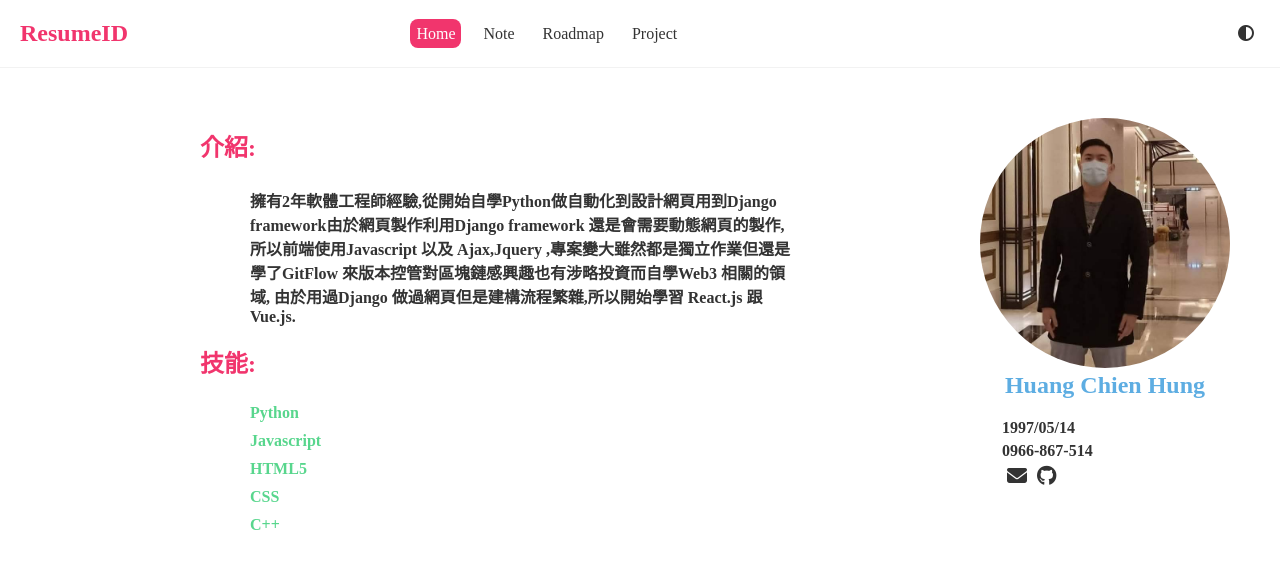
Repository: leo-play-code/ResumeID
Page: /
An editor plug-in stored every save of this project. The page is shown before and after the next save, followed by the edit.
The browser window is 1280 px wide. The pictures show the whole page.
Some web libraries are served in a nearby version. The project was rebuilt for these pictures with package versions that can differ from the ones it lists, and the page was loaded fresh each time. Also part of the build but not shown: src/Note/Note.js, src/Roadmap/Roadmap.js, src/Project/Project.js.

Above is the page before, as saved 2022-10-18 15:32:07.

### public/index.html
<!DOCTYPE html>
<html lang="en">
  <head>
    <meta charset="utf-8" />
    <link rel="icon" href="%PUBLIC_URL%/favicon.ico" />
    <meta name="viewport" content="width=device-width, initial-scale=1" />
    <meta name="theme-color" content="#000000" />
    <meta
      name="description"
      content="Web site created using create-react-app"
    />
    <link rel="apple-touch-icon" href="%PUBLIC_URL%/logo192.png" />
    <link rel="manifest" href="%PUBLIC_URL%/manifest.json" />

    <!-- fontawesome -->
    <script src="https://kit.fontawesome.com/14e9a4f90b.js" crossorigin="anonymous"></script>
    <title>React App</title>
  </head>
  <body>
    <noscript>You need to enable JavaScript to run this app.</noscript>
    <div id="root"></div>
  </body>
</html>

### src/index.css
/* base styles */
* {
  margin: 0;
  font-family: "Quicksand";
  color: #333;
}
.navbar {
  padding: 20px;
  display: flex;
  align-items: center;
  max-width: 100%;
  margin: 0 auto;
  border-bottom: 1px solid #f2f2f2;
}
.navbar h1 {
  color: #f1356d;
}
.navbar-center{
  margin-inline: auto;
}
.navbar-center .page-selected{
  color:white;
  background: #f1356d;
  border-radius: 8px;
  pointer-events: none;
}
.navbar .navbar-right {
  margin-left: auto;
}
.navbar a {
  margin-left: 16px;
  text-decoration: none;
  padding: 6px;
}
.navbar a:hover {
  color: #f1356d;
}
.content {
  max-width: 600px;
  margin: 40px auto;
  padding: 20px;
}

/* Home */
.Home .profile{
  height: 500px;
}
.Home .picture img{
  border-radius: 50%;
  max-width: 250px;
}
.Home .profile .MainName{
  color:#5DADE2;
}

.Home .introduction{
  margin-top: 60px;
  margin-left: 200px;
  float:left;
  width: 600px;
}
.Home .information{
  margin: 50px;
  float:right;
}


.Home .introduction h2{
  color:#f1356d
}
.Home .introduction .context{
  margin-top: 25px;
  margin-left: 50px;
}


.Home .picture{
  text-align: center;
}

.Home .contact{
  margin-top: 20px;
  margin-left:17px
}

.Home .contact div{
  margin :5px;
}

.Home .contact span{
  margin :5px;
}


.Home .contact a{
  margin :5px;
  font-size: 20px;
  transition: 0.3s;
}

.Home .contact a:hover{
  font-size: 35px;
  transition: 0.3s;
}

.Home .skill{
  margin-top: 25px;
  margin-left: 50px;
}
.Home .skill div{
  margin-top: 10px;
}

.Home .skill .skill-language{
  color:#58D68D;
}

### src/App.js
import Navbar from './Navbar/Navbar';
import { BrowserRouter as Router,Route,Switch} from 'react-router-dom'
import Home from './Home/Home';
import Note from './Note/Note';
import Roadmap from './Roadmap/Roadmap';
import Project from './Project/Project';

function App(){
    return (
        <Router>
            <div className="App">
            <Navbar />
                <Switch>
                    <Route exact path='/'>
                        <Home />
                    </Route>
                    <Route exact path='/Note'>
                        <Note />
                    </Route>
                    <Route exact path='/Roadmap'>
                        <Roadmap />
                    </Route>
                    <Route exact path='/Project'>
                        <Project />
                    </Route>

                </Switch>
            </div>
        </Router>

    )
}

export default App;

### src/Navbar/Navbar.js
import { useEffect, useState } from 'react';
import {Link} from 'react-router-dom';

function Navbar(){
    const [navbar_state,setPageState] = useState('');
    function ChangeColor(){
        console.log('changecolor')
    }
    function PageSelected(navbar_state){
        setPageState(navbar_state)
    }
    useEffect(()=>{
        const init_url_arr = window.location.href.split('/')
        const init_url_page = init_url_arr[init_url_arr.length-1]
        setPageState(init_url_page)
    })
    return (
        <nav className="navbar">
            <h1>ResumeID</h1>
            <span className='navbar-center'>
                {(navbar_state == '')&& <Link to="/" className='page-selected'>Home</Link>}
                {!(navbar_state == '')&&<Link to="/" onClick={()=>PageSelected('Home')}>Home</Link>}
                {(navbar_state == 'Note')&& <Link to="/Note" className='page-selected'>Note</Link>}
                {!(navbar_state == 'Note')&&<Link to="/Note" onClick={()=>PageSelected('Note')}>Note</Link>}
                {(navbar_state == 'Roadmap')&& <Link to="/Roadmap" className='page-selected'>Roadmap</Link>}
                {!(navbar_state == 'Roadmap')&&<Link to="/Roadmap" onClick={()=>PageSelected('Roadmap')}>Roadmap</Link>}
                {(navbar_state == 'Project')&& <Link to="/Project" className='page-selected'>Project</Link>}
                {!(navbar_state == 'Project')&&<Link to="/Project" onClick={()=>PageSelected('Project')}>Project</Link>}
            </span>
            <div className="navbar-right">
                <a onClick={ChangeColor}><i className="fa-solid fa-circle-half-stroke"></i></a>
            </div>
        </nav>
    )
}

export default Navbar ;

### src/Home/Home.js



function Home(){
    const pic = require('./static/image/selfy.jpg');
    return(
        <div className="Home">
            <div className='profile'>
                <div className="introduction">
                    <h2 className='context-title'>介紹:</h2>
                    <div className='context'>
                        <b>擁有2年軟體⼯程師經驗,從開始⾃學Python做⾃動化到設計網⾴⽤到Django framework</b>
                        <b>由於網⾴製作利⽤Django framework 還是會需要動態網⾴的製作,所以前端使⽤Javascript 以及 Ajax,Jquery ,專案變⼤雖然都是獨立作業但還是學了GitFlow 來版本控管</b>
                        <b>對區塊鏈感興趣也有涉略投資⽽⾃學Web3 相關的領域, 由於⽤過Django 做過網⾴但是建構流程繁雜,所以開始學習 React.js 跟 Vue.js.</b>
                    </div>
                    <br />
                    <h2 className='context-title'>技能:</h2>
                    <div className='skill'>
                        <div><b className='skill-language'>Python</b></div>
                        <div><b className='skill-language'>Javascript</b></div>
                        <div><b className='skill-language'>HTML5</b></div>
                        <div><b className='skill-language'>CSS</b></div>
                        <div><b className='skill-language'>C++</b></div>
                    </div>
                </div>
                <div className='information'>
                    <div className="picture">
                        <img src={pic} alt="" />
                        <h2 className='MainName'>Huang Chien Hung</h2>
                    </div>
                    <div className="contact">
                        <div><b>1997/05/14</b></div>
                        <div><b>0966-867-514</b></div>
                        <span>
                            <a href="mailto:leo56029132@gmail.com"><i className="fa-solid fa-envelope"></i></a>
                            <a href="https://github.com/leo-play-code"><i className="fa fa-github"></i></a>
                        </span>
                    </div>
                </div>
            </div>
        </div>
    )
}
export default Home ;

Loaded but not shown: src/index.js (common file); src/reportWebVitals.js (common file)

After the next save:
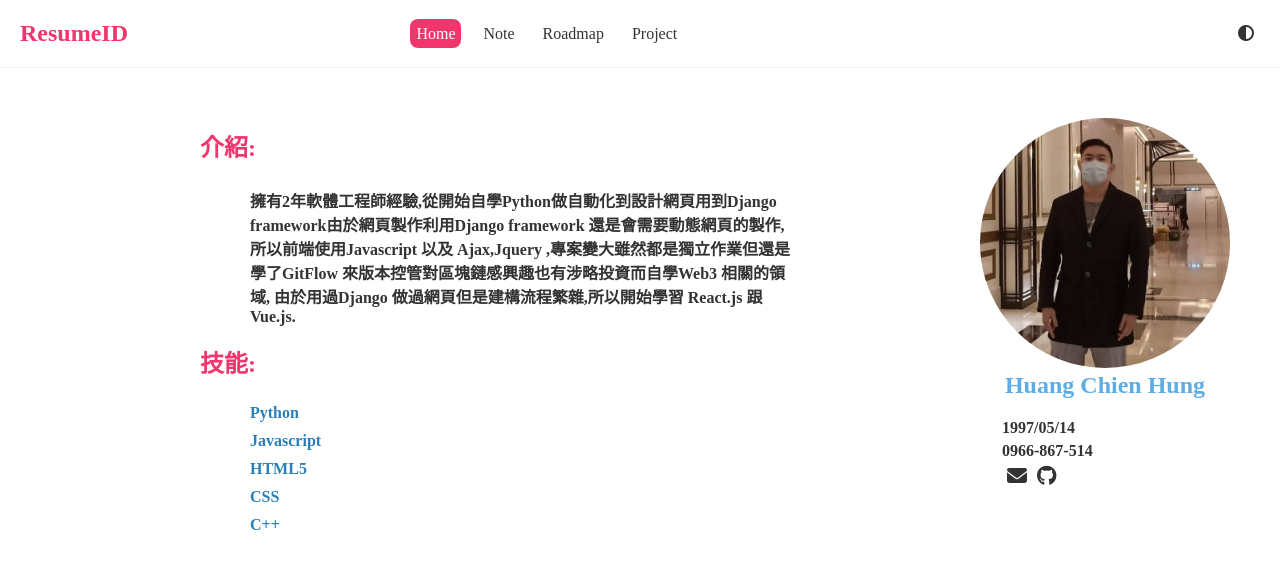
Saved 11 s later.
--- a/src/index.css
+++ b/src/index.css
@@ -112,5 +112,5 @@
 }
 
 .Home .skill .skill-language{
-  color:#58D68D;
+  color:#2980B9;
 }
